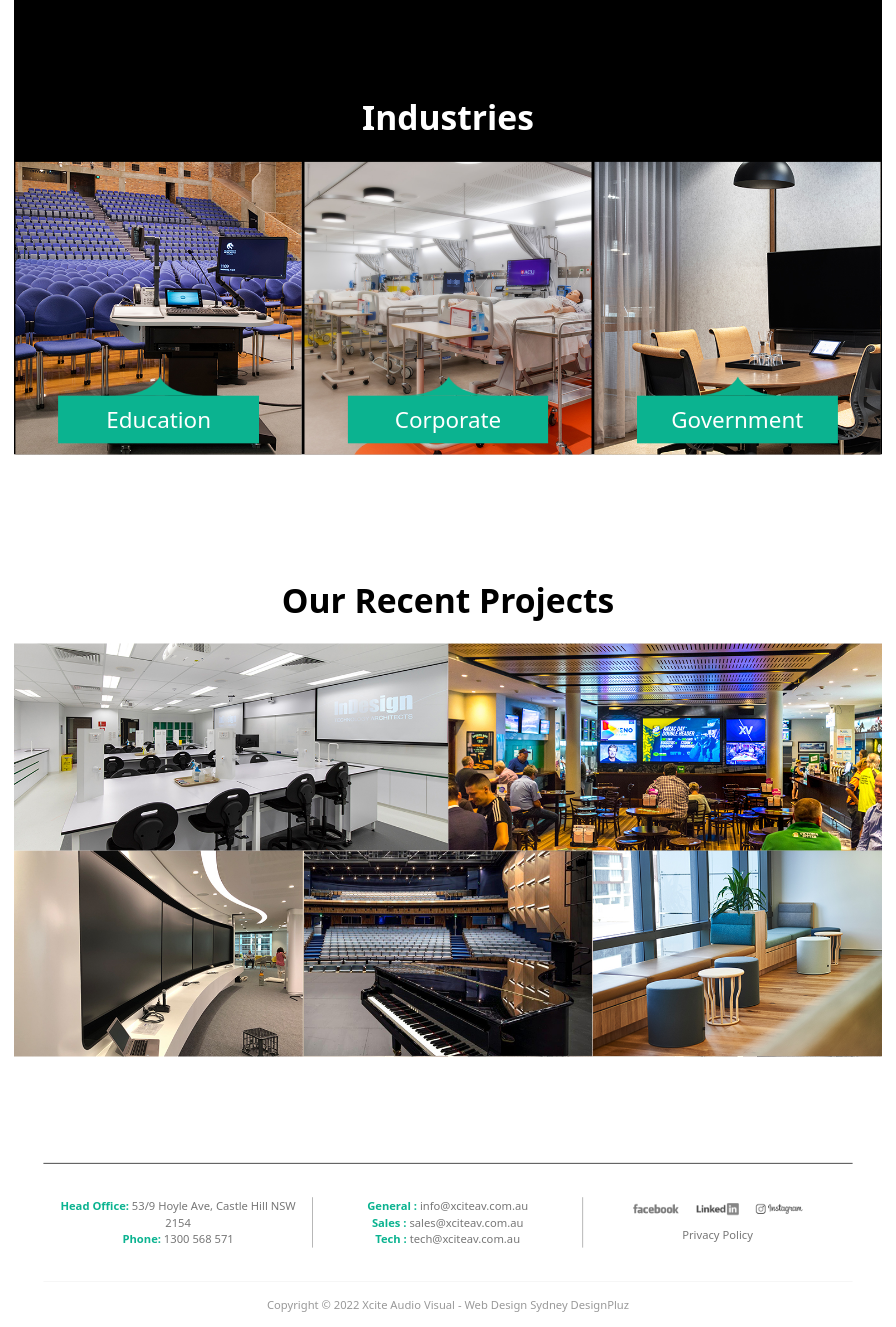
Repository: Imprasna/designplus
Page: index.html
These files come from the project's save history. The page is drawn as it stood at one moment and after the next save; the edit follows.
The browser window is 1280 px wide. The pictures show the part of the page from y = 1335 to 3255 px (the page is 3231 px tall before and 3255 px after), at 70% of full size.

Above is the page before, as saved 2022-03-16 23:46:58.

### index.html
<!DOCTYPE html>
<html lang="en">

<head>
  <meta charset="UTF-8">
  <meta http-equiv="X-UA-Compatible" content="IE=edge">
  <meta name="viewport" content="width=device-width, initial-scale=1.0">
  <link href="https://cdn.jsdelivr.net/npm/bootstrap@5.1.3/dist/css/bootstrap.min.css" rel="stylesheet"
    crossorigin="anonymous">
  <script src="https://cdn.jsdelivr.net/npm/bootstrap@5.1.3/dist/js/bootstrap.bundle.min.js" crossorigin="anonymous">
  </script>
  <link rel="stylesheet" href="style.css">
  <title>DesignPlus</title>
</head>

<body>

  <header>
    <div class="container-fluid">
      <nav class="navbar navbar-expand-lg navbar-light bg-light">
        <div class="container-fluid">
          <a class="navbar-brand" href="#"><img src="assets/Images/XCITEAV_logo.svg" alt=""></a>
          <button class="navbar-toggler" type="button" data-bs-toggle="collapse"
            data-bs-target="#navbarSupportedContent" aria-controls="navbarSupportedContent" aria-expanded="false"
            aria-label="Toggle navigation">
            <span class="navbar-toggler-icon"></span>
          </button>
          <div class="collapse navbar-collapse" id="navbarSupportedContent">
            <ul class="navbar-nav ms-auto mb-2 mb-lg-0">
              <li class="nav-item">
                <a class="nav-link active" aria-current="page" href="#">About</a>
              </li>
              <li class="nav-item">
                <a class="nav-link" href="#">Industries</a>
              </li>
              <li class="nav-item">
                <a class="nav-link" href="#">Xcite Care</a>
              </li>
              <li class="nav-item">
                <a class="nav-link" href="#">Projects</a>
              </li>
              <li class="nav-item">
                <a class="nav-link" href="#">Clients</a>
              </li>
              <li class="nav-item">
                <a class="nav-link" href="#">Contact Us</a>
              </li>
              <li class="nav-item tel-phone">
                <a href="tel:1300568571" class="nav-link">T: 1300 568 571</a>
              </li>
            </ul>
            <!-- <form class="d-flex">
                      <input class="form-control me-2" type="search" placeholder="Search" aria-label="Search">
                      <button class="btn btn-outline-success" type="submit">Search</button>
                    </form> -->
          </div>
        </div>
      </nav>
    </div>
  </header>

  <main>
    <section>
      <div class="container-fluid hero_sec">
        <img src="assets/Images/hero-banner.jpg" alt="">
        <p class="hero_texts">
          <span>Focused on</span> Providing reliable, robust solutions
        </p>
      </div>
    </section>

    <section>
      <div class="container-fluid second_sec">
        <div class="container-fluid">
          <div class="row second_sec-block">
            <div class="col-sm-5 col-md-6">
              <p>
                <span>Xcite Audio Visual</span> is a technology based company focused on providing reliable, robust
                solutions that enhance the user experience for our client's projects.
              </p>
              <p class="description">
                Since 2009, Xcite Audio Visual has been a leading audio visual integration specialist.
              </p>
              <a href="#">Read More</a>
            </div>
            <div class="col-sm-5 col-md-6 second_sec-img">
              <img src="assets/Images/about-ring.png" alt="">
              <p class="fifty">
                <span>50</span>
                years Experience
              </p>
            </div>
          </div>
        </div>
      </div>
    </section>

    <section>
      <div class="container-fluid industries">
        <div class="container-fluid">
          <div class="row industries_block">
            <h1>Industries</h1>
            <div class="col-md-4 g-1 align-items-end">
              <div class="card" style="width: 100%;">
                <img src="assets/Images/service_education.jpg" class="card-img-top" alt="...">
                <a href="#" class="btn btn-primary">Education</a>
                <!-- <div class="card-body">
                </div> -->
              </div>
            </div>
            <div class="col-md-4 g-1 align-items-end">
              <div class="card" style="width: 100%;">
                <img src="assets/Images/service_government.jpg" class="card-img-top" alt="...">
                <a href="#" class="btn btn-primary">Corporate</a>
                <!-- <div class="card-body">
                </div> -->
              </div>
            </div>
            <div class="col-md-4 g-1 align-items-end">
              <div class="card" style="width: 100%;">
                <img src="assets/Images/service_corporate.jpg" class="card-img-top" alt="...">
                <a href="#" class="btn btn-primary">Government</a>
                <!-- <div class="card-body">
                </div> -->
              </div>
            </div>
          </div>
        </div>
      </div>
    </section>

    <section>
      <div class="container-fluid third_sec">
        <div class="container-fluid">
          <div class="row third_sec-block">
            <h1>Our Recent Projects</h1>
            <div class="col-md-6 gx-0">
              <img src="assets/Images/recent_project_01.jpg" alt="">
            </div>
            <div class="col-md-6 gx-0">
              <img src="assets/Images/recent_project_02.jpg" alt="">
            </div>
          </div>
          <div class="row third_sec-block-2">
            <div class="col-md-4 gx-0">
              <img src="assets/Images/recent_project_03.jpg" alt="">
            </div>
            <div class="col-md-4 gx-0">
              <img src="assets/Images/recent_project_04.jpg" alt="">
            </div>
            <div class="col-md-4 gx-0">
              <img src="assets/Images/recent_project_05.jpg" alt="">
            </div>
          </div>
        </div>
      </div>
    </section>

  </main>

  <footer>
    <div class="container-fluid footer_sec">
      <div class="container-fluid">
        <div class="row align-items-center footer_sec-block">
          <div class="line"></div>
            <div class="col-md-4 text-center top_sec">
              <p>Head Office: <a href="#">53/9 Hoyle Ave, Castle Hill NSW 2154</a></p>
              <p>Phone: <a href="tel:1300 568 571">1300 568 571</a></p>
              <p></p>
            </div>
            <div class="col-md-4 text-center middle_sec">
              <p>General :<a href="#"> info@xciteav.com.au</a> </p>
              <p>Sales :<a href="#"> sales@xciteav.com.au</a> </p>
              <p>Tech :<a href="#"> tech@xciteav.com.au</a> </p>
            </div>
            <div class="col-md-4 text-center social_icons">
              <div>
                <img src="assets/Images/social-facebook-icon.png" alt="">
                <img src="assets/Images/social-linkedin-icon.png" alt="">
                <img src="assets/Images/social-instagram-icon.png" alt="">
              </div>
              <a href="#">Privacy Policy</a>
            </div>
            <div class="bottom-line"></div>
        </div>
      </div>
    </div>
    <div class="container-fluid copyright">
      <div class="container-fluid">
        <div class="row">
          <a href="#" class="text-center">Copyright &#169; 2022 Xcite Audio Visual - Web Design Sydney DesignPluz</a>
        </div>
      </div>
    </div>
  </footer>



</body>

</html>

### style.css
* {
    margin: 0;
    padding: 0;
    box-sizing: border-box;
}

html {
    scroll-behavior: smooth;
}


.hero_sec > img {
    width: 100%;
}

.container-fluid.hero_sec {
    padding: 0;
    position: relative;
}

p.hero_texts {
    position: absolute;
    top: 40%;
    left: 5%;
    font-size: 3.2rem;
    line-height: 1.3;
    font-weight: 700;
    color: #fff;
    max-width: 35%;
    width: 28%;
    z-index: 2;
}

p.hero_texts > span {
    position: relative;
    z-index: 2;
}

p.hero_texts > span::after {
    content: '';
    position: absolute;
    bottom: 7px;
    left: 0;
    width: 100%;
    height: 10px;
    background: #0BB390;
    z-index: -1;
}

.container-fluid.second_sec {
    padding: 20px;
    background: #fff;
}

.container-fluid.second_sec > .container-fluid {
    background: #f1f1f1;
}

.row.second_sec-block {
    display: flex;
    align-items: center;
    width: 95%;
    margin: 0 auto;
    padding: 4rem 0;
}

.row.second_sec-block > .col-sm-5.col-md-6 > p {
    font-size: 2.5rem;
    line-height: 1.3;
    font-weight: 600;
}

.row.second_sec-block > .col-sm-5.col-md-6 > p span {
    color: #0BB390;
}

.col-sm-5.col-md-6.second_sec-img {
    display: flex;
    justify-content: end;
    position: relative;
}

.row.second_sec-block > .col-sm-5.col-md-6 > p.description {
    font-size: 1.5rem;
    font-weight: 400;
}

.col-sm-5.col-md-6 > a {
    text-decoration: none;
    font-size: 1.1rem;
    font-weight: 700;
    color: #000;
    position: relative;
}

.col-sm-5.col-md-6 > a::after {
    content: '';
    position: absolute;
    height: 1px;
    width: 50px;
    background: #000;
    top: 13px;
    left: 110%;
}

.col-sm-5.col-md-6 > a::before {
    content: '';
    position: absolute;
    height: 13px;
    width: 13px;
    background: #99CF16;
    border-radius: 50%;
    left: 120%;
    top: 7px;
    z-index: 1;
}

.col-sm-5.col-md-6.second_sec-img > img {
    width: 60%;
    height: 100%;
}

.col-sm-5.col-md-6.second_sec-img > p.fifty {
    position: absolute;
    top: 6rem;
    left: 70%;
    display: flex;
    flex-direction: column;
    align-items: center;
    text-transform: uppercase;
    width: 1%;
    text-align: center;
}

.col-sm-5.col-md-6.second_sec-img > p.fifty span {
    font-size: 3em;
    font-weight: 700;
    color: #000;
}


.container-fluid.industries {
    background: #fff;
    padding: 20px 20px 0;
}

.container-fluid.industries > .container-fluid {
    background: #000;
}

.row.industries_block {
    padding-top: 10rem;
}

.row.industries_block > h1 {
    font-size: 3rem;
    font-weight: 700;
    color: #fff;
    text-align: center;
    margin-bottom: 2rem;
}

.card {
    border-radius: 0;
    position: relative;
    border: none;
}

.card > img {
    border-radius: 0;
}

a.btn.btn-primary {
    width: 70%;
    margin: 0 auto;
    padding: 10px 2px;
    position: absolute;
    bottom: 1rem;
    left: 15%;
    border-radius: 0;
    background: #0BB390;
    outline: none;
    border: none;
    font-size: 2rem;
    font-weight: 500;
}

a.btn.btn-primary::before {
    content: url(./assets/Images/service-shape.png);
    position: absolute;
    bottom: 3.5rem;
    left: 0;
    width: 100%;
}

.container-fluid.third_sec {
    padding: 20px;
    background: #fff;
}

.row.third_sec-block > .col-md-6.gx-0 > img {
    width: 100%;
}

.row.third_sec-block-2 > .col-md-4.gx-0 > img {
    width: 100%;
    height: auto;
}

.row.third_sec-block {
    padding-top: 10rem;
}

.row.third_sec-block > h1 {
    font-size: 3rem;
    font-weight: 700;
    color: #000;
    text-align: center;
    margin-bottom: 2rem;
}

.container-fluid.footer_sec {
    padding: 20px 20px 0;
    background: #fff;
}

.row.align-items-center.footer_sec-block {
    padding-top: 7rem;
    width: 95%;
    margin: 0 auto;
}

.line {
    width: 100%;
    height: 1px;
    background: #000;
    margin-bottom: 3rem;
}

.bottom-line {
    width: 100%;
    height: 1px;
    background: #f2f2f2;
    margin-top: 3rem;
}

.col-md-4.text-center.top_sec {
    height: 100%;
    border-right: 1px solid #999;
    position: relative;
}

.col-md-4.text-center.middle_sec {
    height: 100%;
    border-right: 1px solid #999;
    position: relative;
}

.col-md-4.text-center > p {
    color: #0BB390;
    font-weight: 600;
    margin-bottom: 0;
}

.col-md-4.text-center > p > a {
    font-weight: 400;
    color: #777;
    text-decoration: none;
}

.col-md-4.text-center.social_icons > div {
    display: flex;
    justify-content: center;
    gap: 1rem;
}

.col-md-4.text-center.social_icons > div > img {
    width: 20%;
    filter: grayscale(1);
    opacity: .7;
    margin-bottom: 15px;
}

.col-md-4.text-center.social_icons > a {
    text-decoration: none;
    font-size: 1rem;
    color: #777;
}

.container-fluid.copyright {
    padding: 20px;
    background: #fff;
    margin: 0;
}

.container-fluid.copyright > .container-fluid {
    background: #fff;
}

.container-fluid.copyright > .container-fluid  > .row > a {
    text-decoration: none;
    font-size: 1rem;
    color: #999;
}

After the next save:
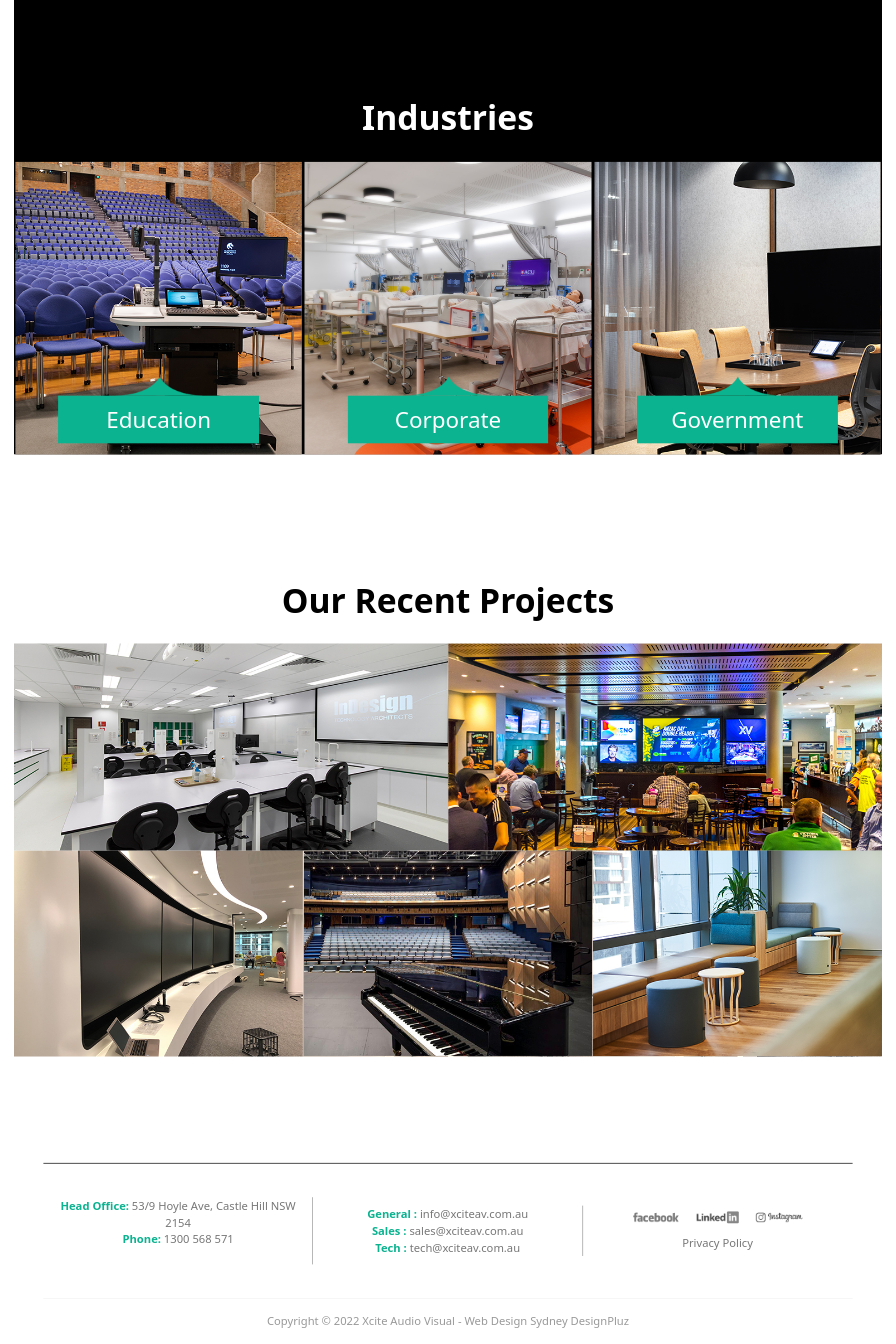
Saved 12 s later.
--- a/index.html
+++ b/index.html
@@ -166,7 +166,7 @@
             <div class="col-md-4 text-center top_sec">
               <p>Head Office: <a href="#">53/9 Hoyle Ave, Castle Hill NSW 2154</a></p>
               <p>Phone: <a href="tel:1300 568 571">1300 568 571</a></p>
-              <p></p>
+              <p>&nbsp;</p>
             </div>
             <div class="col-md-4 text-center middle_sec">
               <p>General :<a href="#"> info@xciteav.com.au</a> </p>

After the save that followed:
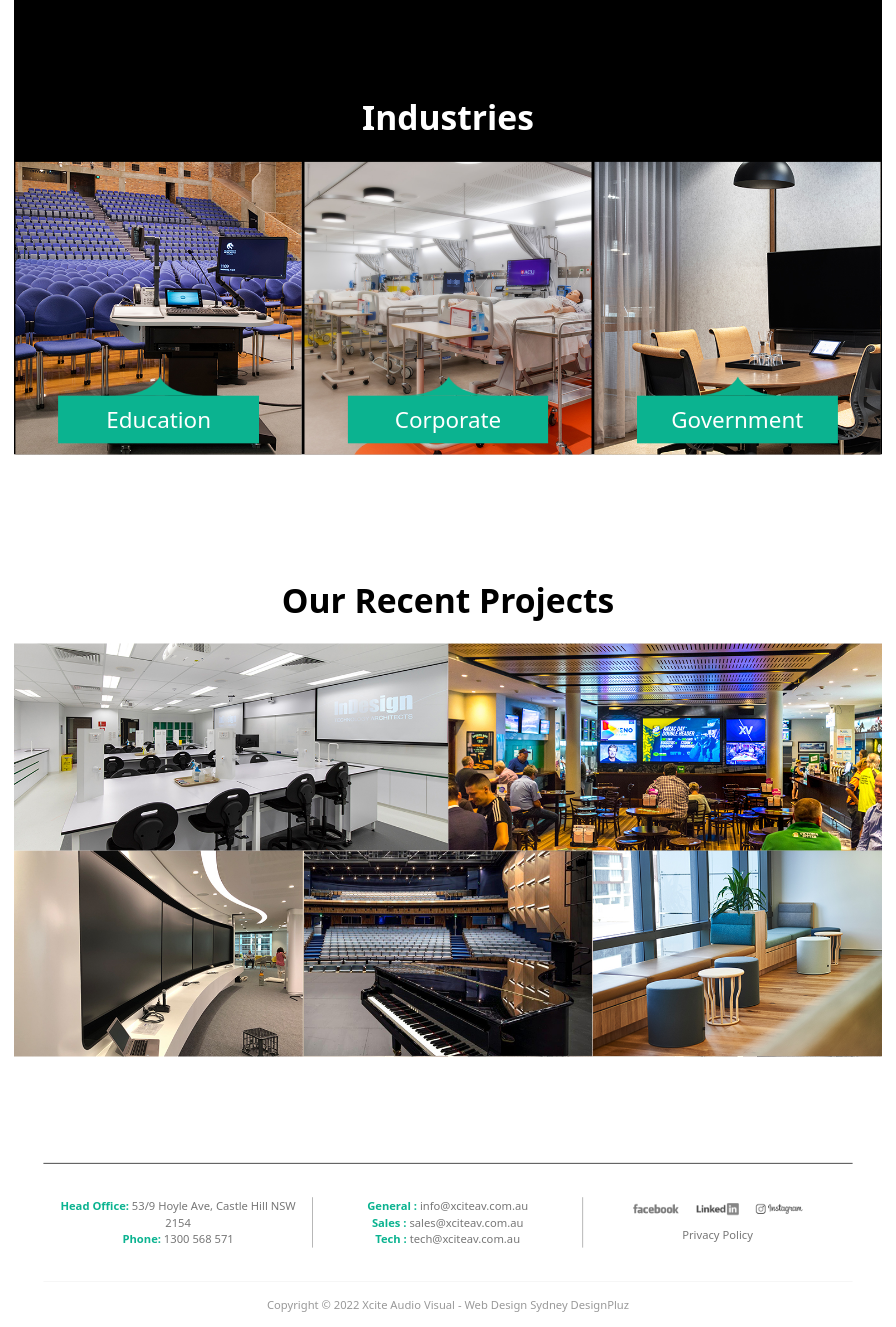
Saved 13 s later.
--- a/index.html
+++ b/index.html
@@ -166,7 +166,7 @@
             <div class="col-md-4 text-center top_sec">
               <p>Head Office: <a href="#">53/9 Hoyle Ave, Castle Hill NSW 2154</a></p>
               <p>Phone: <a href="tel:1300 568 571">1300 568 571</a></p>
-              <p>&nbsp;</p>
+              <p><smp></p>
             </div>
             <div class="col-md-4 text-center middle_sec">
               <p>General :<a href="#"> info@xciteav.com.au</a> </p>
